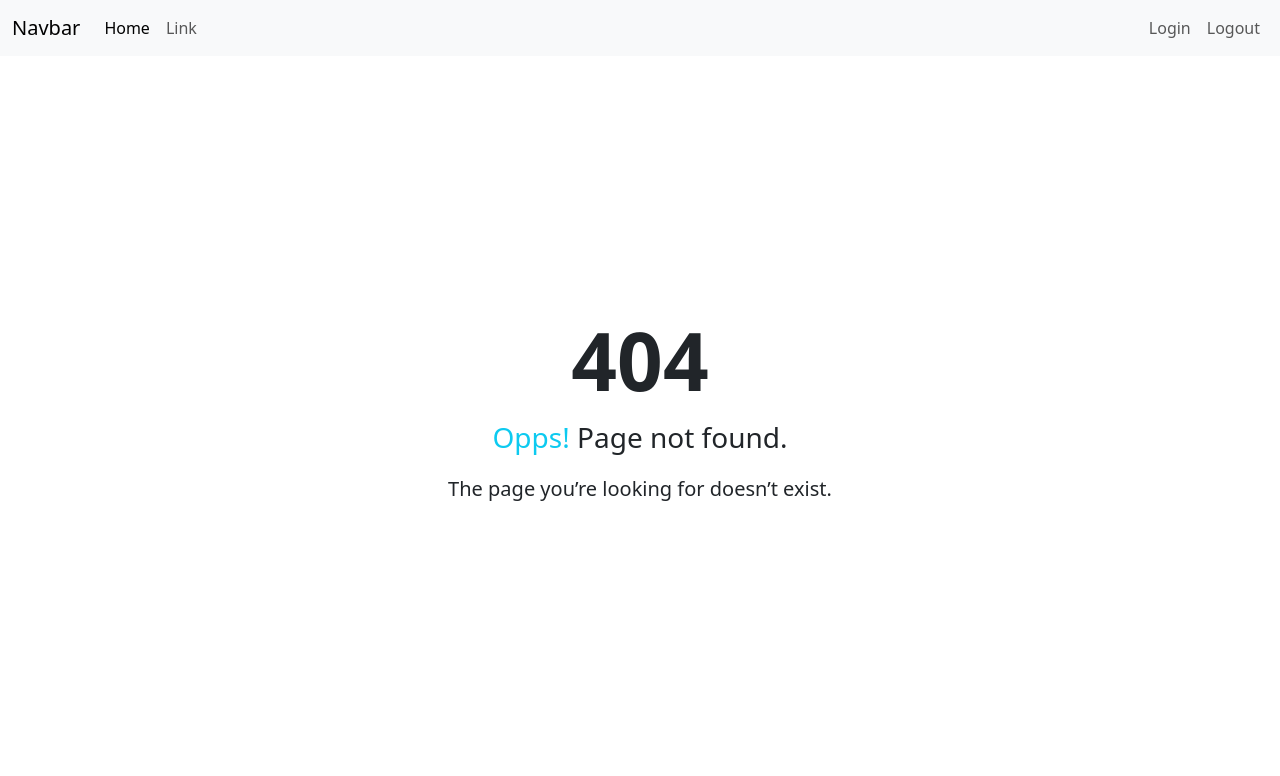
Repository: oboioz/SimpleTodoApp
Page: /welcome (app in SimpleTodoAppFrontEnd/todo-app/)
These files come from the project's save history. The page is drawn as it stood at one moment and after the next save; the edit follows.
The browser window is 1280 px wide. The pictures show the whole page.
The project was rebuilt for these pictures with package versions that can differ from the ones it lists, and the page was loaded fresh each time. Also part of the build but not shown: SimpleTodoAppFrontEnd/todo-app/src/components/todo/Login/LoginComponent.jsx, SimpleTodoAppFrontEnd/todo-app/src/components/todo/Welcome/WelcomeStyle.css, SimpleTodoAppFrontEnd/todo-app/src/components/todo/Welcome/WelcomeComponent.jsx, SimpleTodoAppFrontEnd/todo-app/src/components/todo/list-todo/ListTodoComponent.jsx, SimpleTodoAppFrontEnd/todo-app/src/components/todo/logout/LogOutComponent.jsx.

Above is the page before, as saved 2024-04-06 16:46:31.

### SimpleTodoAppFrontEnd/todo-app/src/App.js
import 'bootstrap/dist/css/bootstrap.min.css';
import './App.css';
import TodoApp from './components/TodoApp';

function App() {
  return (
    <div className="App">
      <TodoApp />
    </div>
  )
}

export default App;

### SimpleTodoAppFrontEnd/todo-app/src/App.css
.App {
  text-align: center;
}

.App-logo {
  height: 40vmin;
  pointer-events: none;
}

@media (prefers-reduced-motion: no-preference) {
  .App-logo {
    animation: App-logo-spin infinite 20s linear;
  }
}

.App-header {
  background-color: #282c34;
  min-height: 100vh;
  display: flex;
  flex-direction: column;
  align-items: center;
  justify-content: center;
  font-size: calc(10px + 2vmin);
  color: white;
}

.App-link {
  color: #61dafb;
}

@keyframes App-logo-spin {
  from {
    transform: rotate(0deg);
  }
  to {
    transform: rotate(360deg);
  }
}

.btn {
  height: 54px;
  font-size: larger;
  font-weight: bold;
  background-color: #070424;

}

### SimpleTodoAppFrontEnd/todo-app/src/components/TodoApp.jsx
import { BrowserRouter, Route, Routes } from 'react-router-dom';
import LoginComponent from "./todo/Login/LoginComponent";
import WelcomeComponent from "./todo/Welcome/WelcomeComponent";
import ErrorComponent from "./todo/error/ErrorComponent";
import HeaderComponent from './todo/header/HeaderComponent';
import OptionalHeader from './todo/header/OptionalHeader';
import ListTodoComponent from './todo/list-todo/ListTodoComponent';
import LogoutComponent from './todo/logout/LogOutComponent';
import AuthProvider from './todo/security/AuthContext';

export default function TodoApp() {




    return (
        <div className="todo-app">


            <AuthProvider>


                <BrowserRouter>

                    <OptionalHeader>
                        <HeaderComponent />
                    </OptionalHeader>

                    <Routes>
                        <Route path='/' element={<LoginComponent />} />
                        <Route path='/login' element={<LoginComponent />} />
                        <Route path='/welcome/:username' element={<WelcomeComponent />} />
                        <Route path='/todos' element={<ListTodoComponent />} />
                        <Route path='/logout' element={<LogoutComponent />} />


                        <Route path='*' element={<ErrorComponent />} />

                    </Routes>

                    {/* <OptionalFooter>
                        <FooterComponent />
                    </OptionalFooter> */}


                </BrowserRouter>
            </AuthProvider>


        </div>
    )
}

### SimpleTodoAppFrontEnd/todo-app/src/components/todo/error/ErrorComponent.jsx
function ErrorComponent() {
    return (
        <div className="d-flex align-items-center justify-content-center vh-100">
            <div class="text-center">
                <h1 class="display-1 fw-bold">404</h1>
                <p class="fs-3"> <span class="text-info">Opps!</span> Page not found.</p>
                <p class="lead">
                    The page you’re looking for doesn’t exist.
                </p>
            </div>
        </div>
    )
}

export default ErrorComponent

### SimpleTodoAppFrontEnd/todo-app/src/components/todo/header/HeaderComponent.jsx
import { Link } from 'react-router-dom';
import { useAuth } from '../security/AuthContext';
import './HeaderStyle.css';




function HeaderComponent() {

    const authContext = useAuth()

    function logout() {
        authContext.logout()
    }

    return (

        <nav class="navbar navbar-expand-lg bg-body-tertiary bg-opacity-0">
            <div class="container-fluid">
                <a class="navbar-brand" href="#">Navbar</a>
                <button class="navbar-toggler" type="button" data-bs-toggle="collapse" data-bs-target="#navbarSupportedContent" aria-controls="navbarSupportedContent" aria-expanded="false" aria-label="Toggle navigation">
                    <span class="navbar-toggler-icon"></span>
                </button>
                <div class="collapse navbar-collapse" id="navbarSupportedContent">
                    <ul class="navbar-nav me-auto mb-2 mb-lg-0">
                        <li class="nav-item">
                            <a class="nav-link active" aria-current="page" href="#">Home</a>
                        </li>
                        <li class="nav-item">
                            <a class="nav-link" href="#">Link</a>
                        </li>
                    </ul>
                </div>
                <ul className="navbar-nav">
                    <li className="nav-item">
                        <Link className="nav-link" to="/login">Login</Link>
                    </li>
                    <li className="nav-item">
                        <Link className="nav-link" to="/logout" onClick={logout}>Logout</Link>
                    </li>
                </ul>
            </div>
        </nav>

        /* <nav class="navbar navbar-expand-lg bg-opacity-0">
            <div class="container-fluid">
                <a class="navbar-brand" href="#">Navbar</a>
                <button class="navbar-toggler" type="button" data-bs-toggle="collapse" data-bs-target="#navbarSupportedContent" aria-controls="navbarSupportedContent" aria-expanded="false" aria-label="Toggle navigation">
                    <span class="navbar-toggler-icon"></span>
                </button>
                <div class="collapse navbar-collapse" id="navbarSupportedContent">
                    <ul class="navbar-nav me-auto mb-2 mb-lg-0">
                        <li class="nav-item">
                            <a class="nav-link" href="#">Home</a>
                        </li>
                        <li class="nav-item">
                            <a class="nav-link" href="#">Todos</a>
                        </li>
                    </ul>
                </div>
                <ul className="navbar-nav">
                    <li className="nav-item">
                        <Link className="nav-link" to="/login">Login</Link>
                    </li>
                    <li className="nav-item">
                        <Link className="nav-link" to="/logout" onClick={logout}>Logout</Link>
                    </li>
                </ul>
            </div>
        </nav> */

    )
}

export default HeaderComponent

### SimpleTodoAppFrontEnd/todo-app/src/components/todo/header/OptionalHeader.js
import React, { useEffect, useState } from 'react';
import { useLocation } from 'react-router-dom';

const OptionalHeader = ({ children }) => {

    const location = useLocation();

    const [showHeader, setShowHeader] = useState(false)

    useEffect(() => {
        if (location.pathname === '/' || location.pathname === '/login') {
            setShowHeader(false)
        } else {
            setShowHeader(true)
        }
    }, [location])

    return (
        <div>{showHeader && children}</div>
    )
}

export default OptionalHeader

### SimpleTodoAppFrontEnd/todo-app/src/components/todo/security/AuthContext.js
import { createContext, useContext, useState } from "react";

const AuthContext = createContext();
export const useAuth = () => useContext(AuthContext)



export default function AuthProvider({ children }) {

    const [isAuthenticated, setAuthenticated] = useState(false)

    const [username, setUsername] = useState(null)


    function login(username, password) {
        if (username === 'username' && password === 'password') {
            setAuthenticated(true)
            setUsername(username)
            return true
        }
        else {
            setAuthenticated(false)
            setUsername(null)
            return false
        }
    }

    function logout() {
        setAuthenticated(false)
        setUsername(null)
    }

    return (
        <AuthContext.Provider value={{ isAuthenticated, username, login, logout }}>
            {children}
        </AuthContext.Provider>
    );
}

### SimpleTodoAppFrontEnd/todo-app/src/components/todo/Login/LoginStyle.css
@import url('https://fonts.googleapis.com/css2?family=Righteous&display=swap');

.Login .row {
    display: flex;
    justify-content: center;
    align-items: center;
    height: 100vh;
}

.LoginForm {
    display: flex;
    flex-direction: column;
    text-align: left;
    justify-content: left;
    align-items: left;
    margin-top: -8vh;
}

.img {
    width: '100%';
    height: '100%';
    object-fit:'cover';
}

.gradient-background {
    background: linear-gradient(315deg, #130f40 0%, #000000 74%);
    height: 100%;
    display: flex;
    align-items: center;
    justify-content: center;
}

.Logo {
    font-family: 'Righteous', cursive;
    font-size: 3rem;
    color: white;
    margin-bottom: 2rem;
}

.form-control {
    margin-bottom: 1rem;
    height: 3rem;
}

.form-label {
    font-size: larger;
    font-weight: bold;
}

### SimpleTodoAppFrontEnd/todo-app/src/components/todo/header/HeaderStyle.css
@import url('https://fonts.googleapis.com/css2?family=Righteous&display=swap');

.logo {
    font-family: 'Righteous', cursive;
    color: #ffffff
}

Loaded but not shown: SimpleTodoAppFrontEnd/todo-app/public/index.html (common file); SimpleTodoAppFrontEnd/todo-app/src/index.js (common file); SimpleTodoAppFrontEnd/todo-app/src/index.css (common file); SimpleTodoAppFrontEnd/todo-app/src/reportWebVitals.js (common file)

After the next save:
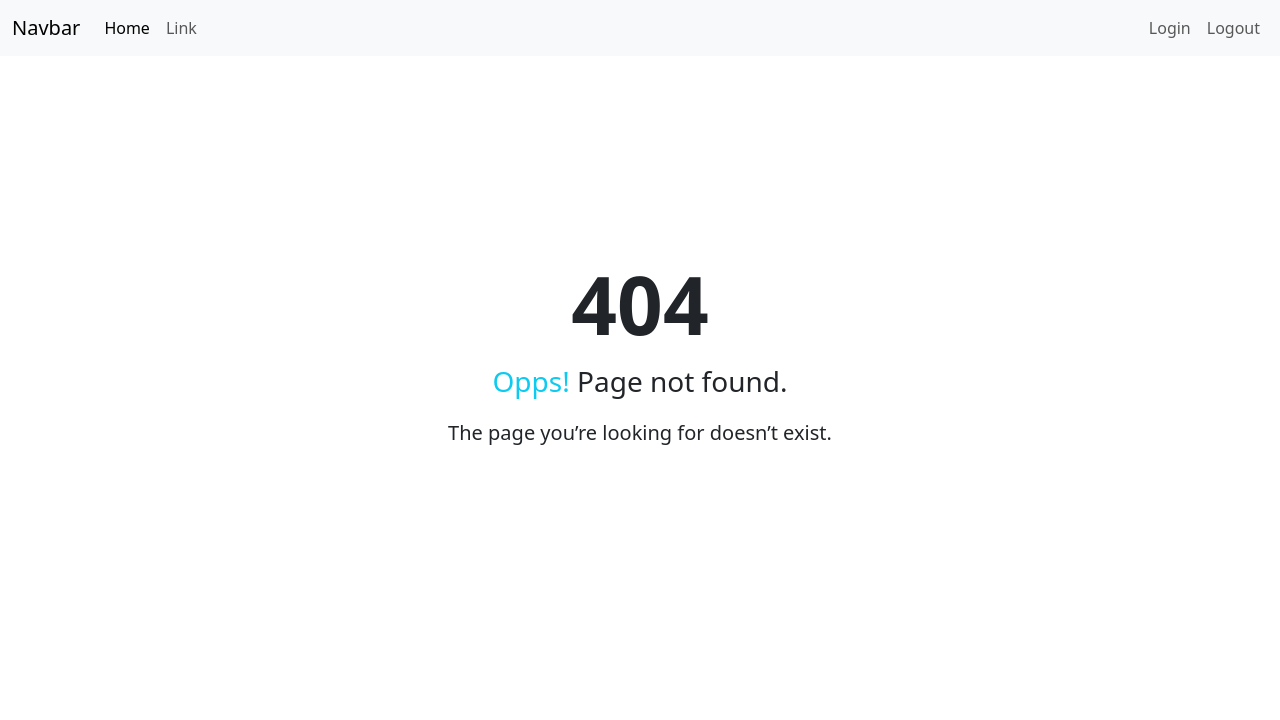
Saved 43 s later.
--- a/SimpleTodoAppFrontEnd/todo-app/src/components/todo/header/HeaderComponent.jsx
+++ b/SimpleTodoAppFrontEnd/todo-app/src/components/todo/header/HeaderComponent.jsx
@@ -15,7 +15,7 @@ function HeaderComponent() {
 
     return (
 
-        <nav class="navbar navbar-expand-lg bg-body-tertiary bg-opacity-0">
+        <nav class="navbar fixed-top navbar-expand-lg bg-body-tertiary bg-opacity-0">
             <div class="container-fluid">
                 <a class="navbar-brand" href="#">Navbar</a>
                 <button class="navbar-toggler" type="button" data-bs-toggle="collapse" data-bs-target="#navbarSupportedContent" aria-controls="navbarSupportedContent" aria-expanded="false" aria-label="Toggle navigation">
